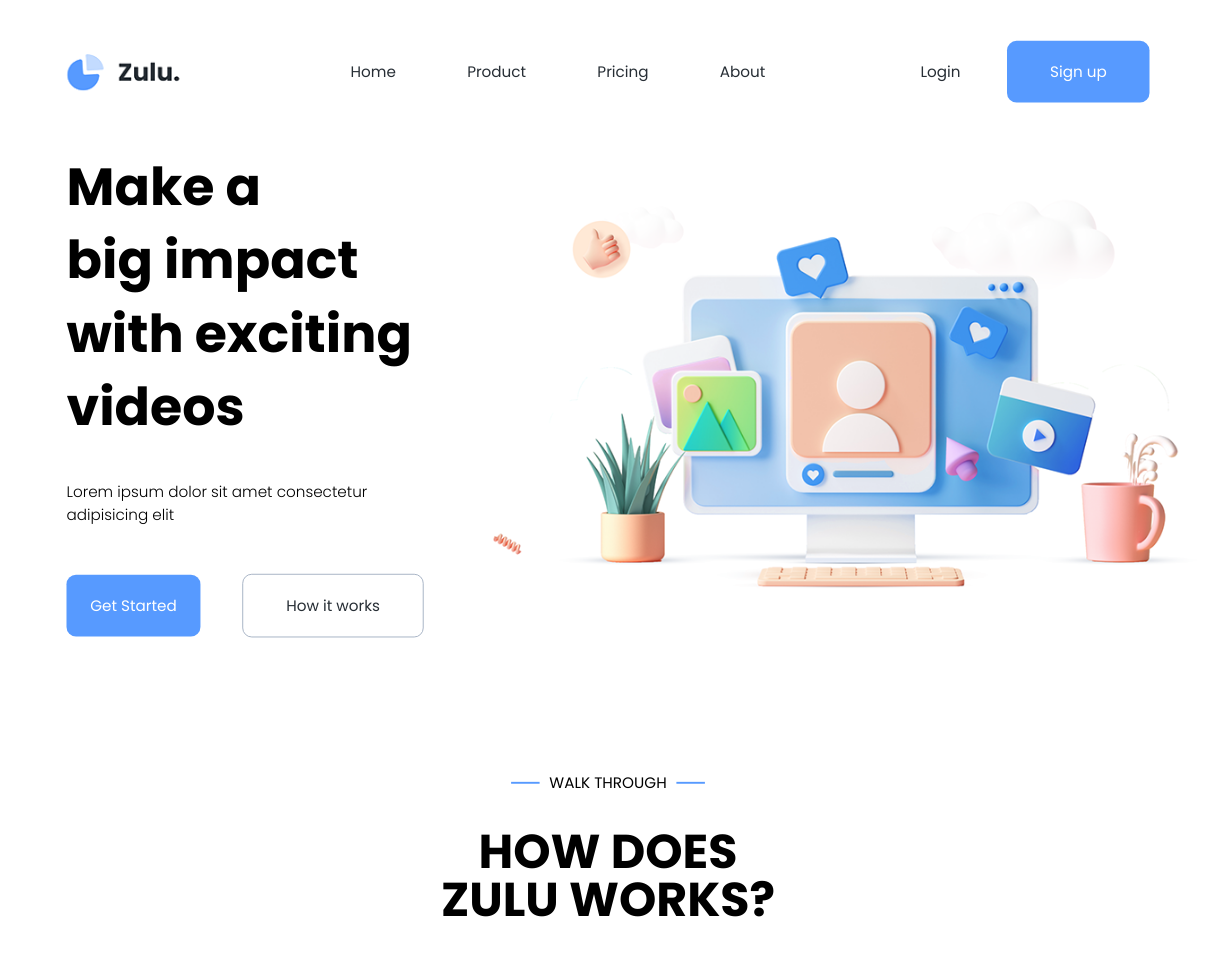
Repository: baodien1405/zulu-landing-page
Page: index.html
An editor plug-in stored every save of this project. The page is shown before and after the next save, followed by the edit.
The browser window is 1280 px wide. The pictures show the whole page, at 95% of full size.
The style sheet was rebuilt from its Sass, Less or Tailwind sources for each picture, by a compiler version that may differ from the author's.

Above is the page before, as saved 2021-06-22 16:37:05.

### index.html
<!DOCTYPE html>
<html lang="en">
<head>
  <meta charset="UTF-8">
  <meta http-equiv="X-UA-Compatible" content="IE=edge">
  <meta name="viewport" content="width=device-width, initial-scale=1.0">
  <link rel="preconnect" href="https://fonts.gstatic.com">
  <link href="https://fonts.googleapis.com/css2?family=Poppins:wght@300;400;600;700&display=swap" rel="stylesheet">
  <link rel="stylesheet" href="./styles.css">
  <title>Zulu</title>
</head>
<body>
  <div class="wrapper">
    <div class="container">
      <!-- Header -->
      <header class="header">
        <a href="index.html" class="header-logo">
          <img src="/images/logo.png" alt="" class="header-logo-image">
        </a>
        <ul class="header-menu">
          <li class="header-menu-item">
            <a href="#" class="header-menu-link">Home</a>
          </li>
          <li class="header-menu-item">
            <a href="#" class="header-menu-link">Product</a>
          </li>
          <li class="header-menu-item">
            <a href="#" class="header-menu-link">Pricing</a>
          </li>
          <li class="header-menu-item">
            <a href="#" class="header-menu-link">About</a>
          </li>
        </ul>
        <div class="header-auth">
          <a href="#" class="button">Login</a>
          <a href="#" class="button button--primary">Sign up</a>
        </div>
      </header>

      <!-- Banner -->
      <section class="banner">
        <div class="banner-info">
          <h1 class="banner-heading">
            <span>Make a</span> <span>big impact</span> <span>with exciting</span> <span>videos</span>
          </h1>
          <p class="banner-desc">
            Lorem ipsum dolor sit amet consectetur adipisicing elit
          </p>
          <div class="banner-links">
            <a href="#" class="button button--primary">Get Started</a>
            <a href="#" class="button button--outline">How it works</a>
          </div>
        </div>
        <img src="./images/img1.png" alt="" class="banner-image">
      </section>

      <!-- Work  -->
      <section class="work">
        <div class="block">
          <span class="block-caption">Walk Through</span>
          <h2 class="block-heading"><span>How does</span> <span>Zulu works?</span></h2>
        </div>
      </section>
    </div>
  </div>
</body>
</html>

### styles.scss
@import "variables";
@import "global";
@import "header";
@import "banner";
@import "work";

### _variables.scss
$gray-dark: #272e35;
$gray-blur: #a5b2c3;
$primary-color: #579aff;

### _global.scss
* {
  margin: 0;
  padding: 0;
  box-sizing: border-box;
}

body {
  overflow-x: hidden;
}

img {
  display: block;
  max-width: 100%;
}

a {
  text-decoration: none;
}

body {
  font-family: "Poppins", sans-serif;
  font-size: 16px;
  line-height: 1;
  background-color: #fff;
}

.wrapper {
  max-width: 1440px;
  margin: 0 auto;
}

.container {
  max-width: 1170px;
  padding: 0 15px;
  margin: 0 auto;
}

.button {
  display: inline-block;
  font-size: 16px;
  padding: 20px 45px;
  color: $gray-dark;
  background-color: transparent;
  border-radius: 10px;
  line-height: normal;
  &--primary {
    color: #fff;
    background-color: $primary-color;
  }
  &--outline {
    border: 1px solid $gray-blur;
  }
}

.block {
  text-align: center;
  display: flex;
  align-items: center;
  justify-content: center;
  flex-direction: column;

  &-caption {
    text-transform: uppercase;
    margin-bottom: 40px;
    position: relative;
    display: inline-block;
    padding: 0 10px;
  }

  &-caption::before {
    left: 0;
    transform: translate(-100%, -50%);
  }

  &-caption::after {
    right: 0;
    transform: translate(100%, -50%);
  }

  &-caption::before,
  &-caption::after {
    position: absolute;
    content: "";
    width: 30px;
    height: 2px;
    background-color: $primary-color;
    top: 50%;
  }

  &-heading {
    text-transform: uppercase;
    font-size: 50px;

    span {
      display: block;
    }
  }
}

### _header.scss
.header {
  padding-top: 43px;
  display: flex;
  align-items: center;

  &-logo {
    display: block;
    margin-right: 180px;
  }

  &-menu {
    display: flex;
    align-items: center;
    list-style: none;

    &-item:not(:first-child) {
      margin-left: 75px;
    }

    &-link {
      color: $gray-dark;
      transition: color 0.2s ease-in-out;
      &:hover {
        color: $primary-color;
      }
    }
  }

  &-auth {
    margin-left: auto;
  }
}

### _banner.scss
.banner {
  display: flex;
  align-items: center;
  padding-top: 50px;

  &-info {
    width: 35%;
  }

  &-image {
    width: 65%;
    transform: translateX(50px);
  }

  &-heading {
    font-size: 55px;
    line-height: 1.4;
    margin-bottom: 40px;

    & span {
      display: block;
    }
  }

  &-desc {
    font-weight: 300;
    line-height: 1.5;
    margin-bottom: 50px;
  }

  &-links {
    .button:first-child {
      margin-right: 40px;
      padding-left: 25px;
      padding-right: 25px;
    }
  }
}

### _work.scss
.work {
  padding-top: 145px;
  padding-bottom: 50px;
}

After the next save:
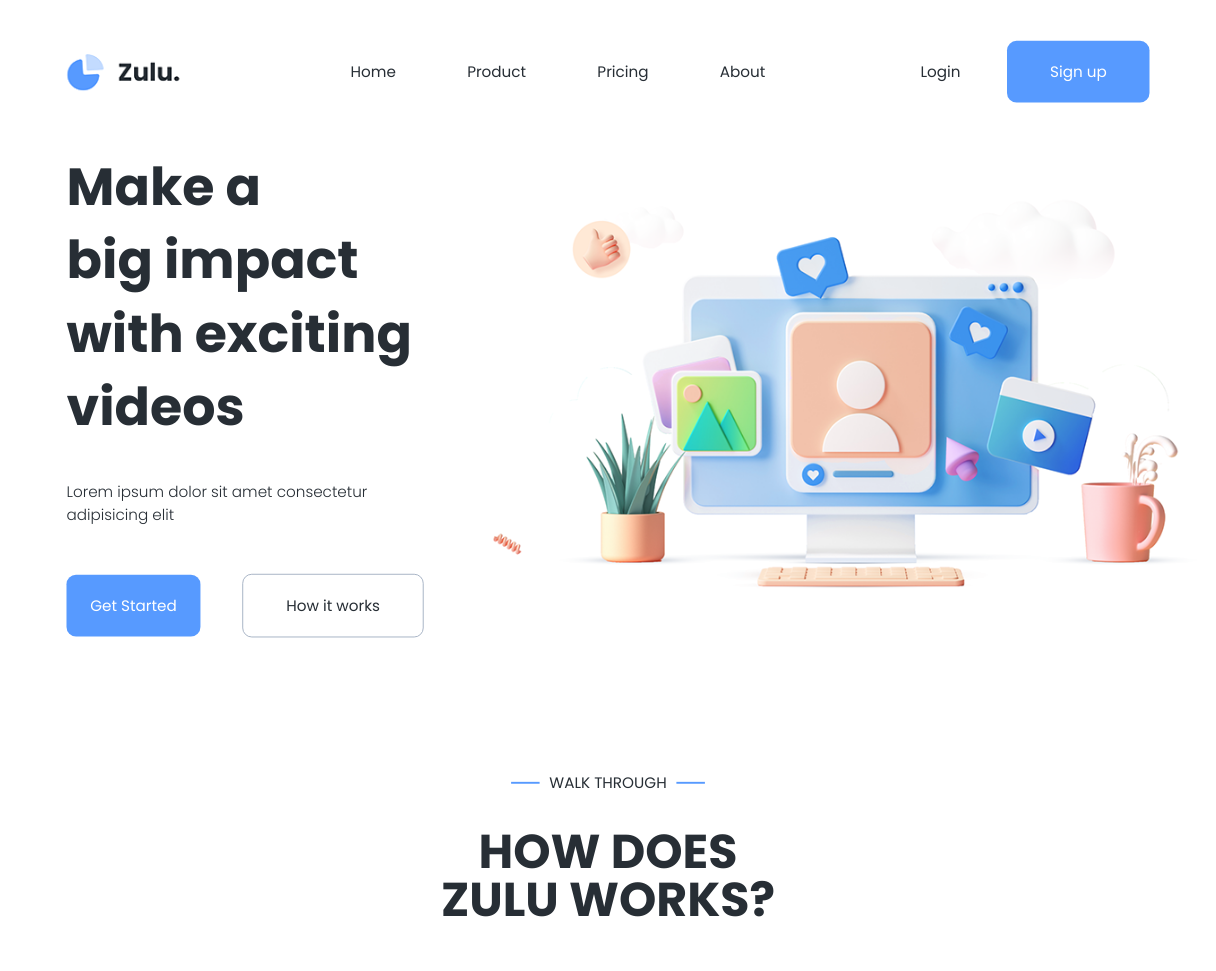
Saved 48 s later.
--- a/_global.scss
+++ b/_global.scss
@@ -6,6 +6,7 @@
 
 body {
   overflow-x: hidden;
+  color: $gray-dark;
 }
 
 img {
